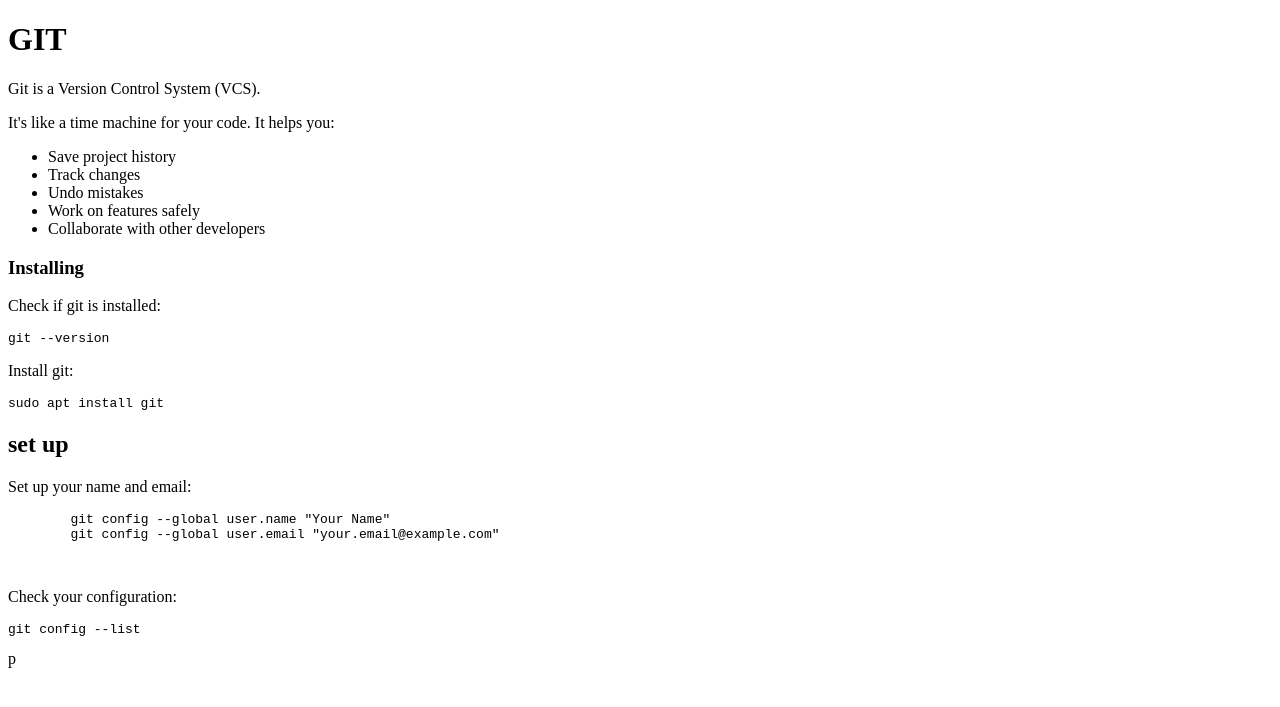
Repository: brownsonjoy1811/GitandGithub
Page: git.html
An editor plug-in stored every save of this project. The page is shown before and after the next save, followed by the edit.
The browser window is 1280 px wide. The pictures show the whole page.

Above is the page before, as saved 2026-06-16 12:21:13.

After the next save:
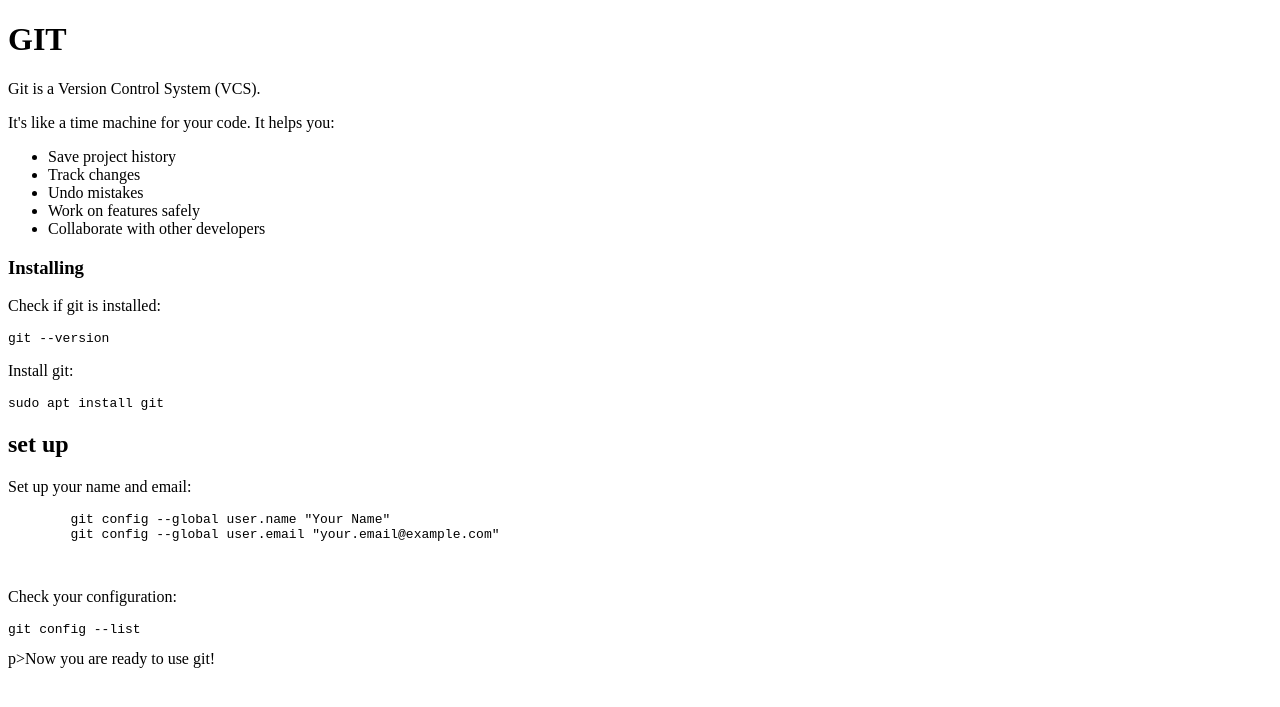
Saved 5 s later.
--- a/git.html
+++ b/git.html
@@ -35,6 +35,6 @@
     <p>Check your configuration:</p>
     <pre><code>git config --list</code></pre>
 
-    p
+    p>Now you are ready to use git!</p>
 </body>
 </html>
